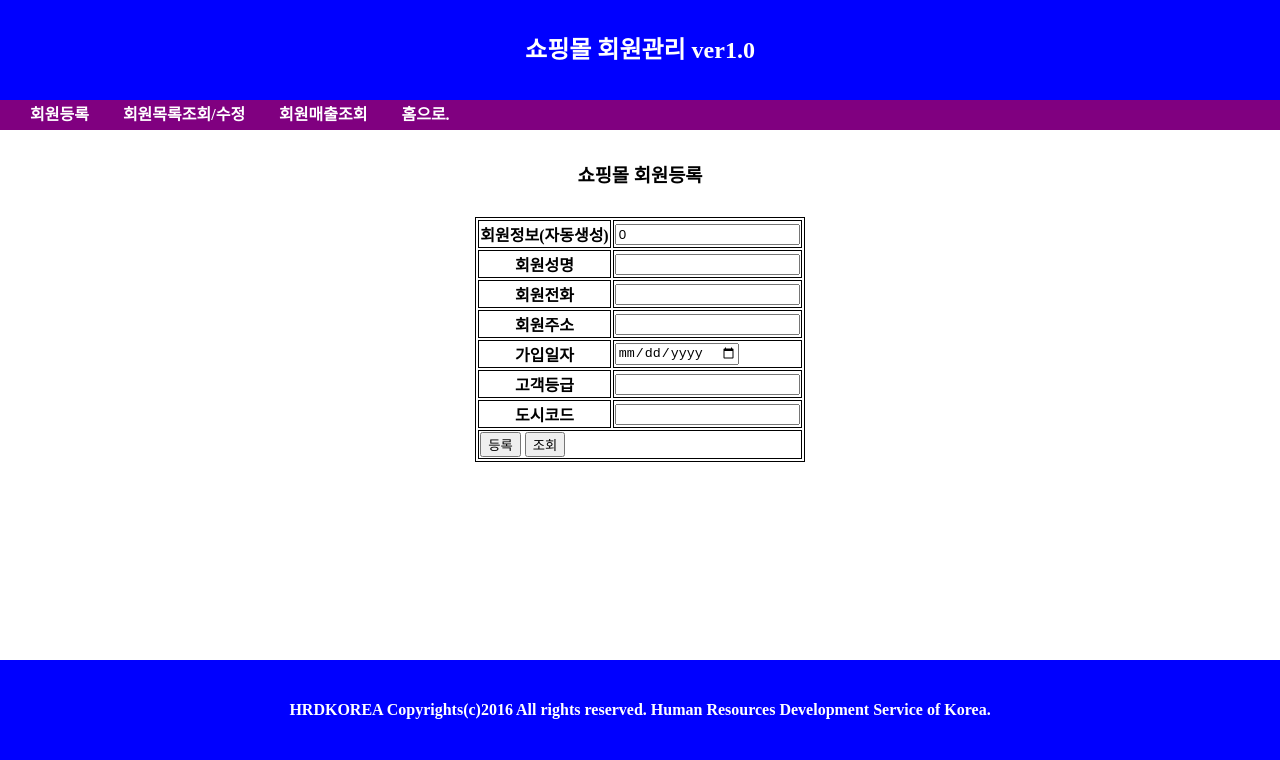
Repository: brightjy/Today-what-I-practiced
Page: http://localhost/HRD_0514/view/registerMemberView.jsp
An editor plug-in stored every save of this project. The page is shown before and after the next save, followed by the edit.
The browser window is 1280 px wide. The pictures show the whole page.
The page is served by Tomcat 9. Other server files are loaded and not shown. Queries for data that is not in the repository find no rows.

Above is the page before, as saved 2020-05-14 12:29:54.

### hrdkorea_0514/HRD_0514/WebContent/view/registerMemberView.jsp
<%@page import="com.hrd.dao.MemberDao"%>
<%@ page language="java" contentType="text/html; charset=UTF-8"
    pageEncoding="UTF-8"%>
<% String conPath = request.getContextPath(); %>
<!DOCTYPE html>
<html>
<head>
<meta charset="UTF-8">
<title>Insert title here</title>
</head>
<body>
<jsp:include page="header.jsp"></jsp:include>
<section>
<div>
	<h3>쇼핑몰 회원등록</h3>
	<div>
		<form action="<%=conPath %>/view/registerMemberPro.jsp" method="get" name="info">
			<table>
				<tr>
					<th>
						회원정보(자동생성)
					</th>
					<td>
						<% MemberDao mDao = MemberDao.getInstance();
						   int custno = mDao.custno();
						%>
						<input type="text" name="custno" value="<%=custno %>">
					</td>
				</tr>
				<tr>
					<th>
						회원성명
					</th>
					<td>
						<input type="text" name="custname">
					</td>
				</tr>
				<tr>
					<th>
						회원전화
					</th>
					<td>
						<input type="text" name="phone">
					</td>
				</tr>
				<tr>
					<th>
						회원주소
					</th>
					<td>
						<input type="text" name="address">
					</td>
				</tr>
				<tr>
					<th>
						가입일자
					</th>
					<td>
						<input type="date" name="joindate">
					</td>
				</tr>
				<tr>
					<th>
						고객등급
					</th>
					<td>
						<input type="text" name="grade">
					</td>
				</tr>
				<tr>
					<th>
						도시코드
					</th>
					<td>
						<input type="text" name="city">
					</td>
				</tr>
				<tr>
					<td colspan="2">
						<input type="button" value="등록" onclick="infoConfirm()">
						<input type="button" value="조회" onclick="location.href='<%=conPath%>/view/memberList.jsp'">
					</td>
				</tr>
			</table>
		</form>
	</div>
</div>
</section>
<jsp:include page="footer.jsp"></jsp:include>
</body>
</html>

### hrdkorea_0514/HRD_0514/WebContent/view/header.jsp
<%@ page language="java" contentType="text/html; charset=UTF-8"
    pageEncoding="UTF-8"%>
<% String conPath = request.getContextPath(); %>
<!DOCTYPE html>
<html>
<head>
<meta charset="UTF-8">
<title>Insert title here</title>
<style>
*{margin:0 auto;}
h2, h3, h4{text-align:center;}
a{text-decoration: none; padding-right:30px; color:white; font-weight:bold;}
header,footer{height:100px; background-color:blue; line-height:100px; color:white;}
nav{background-color:purple; height:30px; line-height:30px; padding-left:30px;}
section{height:500px;}
div{margin:30px;}
table, tr, td, th{border:1px solid black;}
</style>
</head>
<body>
<header>
<h2>쇼핑몰 회원관리 ver1.0</h2>
</header>
<nav>
	<a href="<%=conPath %>/view/registerMemberView.jsp">회원등록</a>
	<a href="<%=conPath %>/view/memberList.jsp">회원목록조회/수정</a>
	<a href="<%=conPath %>/view/moneyList.jsp">회원매출조회</a>
	<a href="<%=conPath %>/view/main.jsp">홈으로.</a>
</nav>

</body>
</html>

### hrdkorea_0514/HRD_0514/WebContent/view/footer.jsp
<%@ page language="java" contentType="text/html; charset=UTF-8"
    pageEncoding="UTF-8"%>
<!DOCTYPE html>
<html>
<head>
<meta charset="UTF-8">
<title>Insert title here</title>
</head>
<body>
<footer>
<h4>HRDKOREA Copyrights(c)2016 All rights reserved. Human Resources Development Service of Korea.</h4>
</footer>
</body>
</html>

### hrdkorea_0514/HRD_0514/src/com/hrd/dao/MemberDao.java
package com.hrd.dao;

import java.sql.Connection;
import java.sql.Date;
import java.sql.DriverManager;
import java.sql.PreparedStatement;
import java.sql.ResultSet;
import java.sql.SQLException;
import java.util.ArrayList;

import com.hrd.dto.MemberDto;
import com.hrd.dto.MoneyDto;

public class MemberDao {

	//데이터연결
	public static Connection getConnection() throws Exception {
		Class.forName("oracle.jdbc.OracleDriver");
		Connection con = DriverManager.getConnection
				("jdbc:oracle:thin:@//localhost:1521/xe","hrd0514","0514");
		return con;
	}
	//싱글톤
	private static MemberDao instance = new MemberDao();
	public static MemberDao getInstance() {
		return instance;
	}
	private MemberDao() {}

	//회원번호 자동생성될것 불러오기
	public int custno() {
		int custno = 0;

		Connection conn = null;
		PreparedStatement pstmt = null;
		ResultSet rs = null;
		String sql = "SELECT MAX(CUSTNO)+1 CUSTNO FROM MEMBER_TBL_02";

		try {
			conn = getConnection();
			pstmt = conn.prepareStatement(sql);
			rs = pstmt.executeQuery();
			if(rs.next()) {
				custno = rs.getInt("custno");
			}
		} catch (Exception e) {
			System.out.println(e.getMessage());
		} finally {
			try {
				if(rs!=null) rs.close();
				if(pstmt!=null) pstmt.close();
				if(conn!=null) conn.close();
			}catch(Exception e) {
				System.out.println(e.getMessage());
			}
		}
		return custno;
	}
	//회원등록
	public int registerMember(String custname, String phone, String address, Date joindate, String grade, String city) {
		int result = 0;

		Connection conn = null;
		PreparedStatement pstmt = null;
		String sql = "INSERT INTO MEMBER_TBL_02" +
				"    VALUES(CUSTNO_SQ.NEXTVAL, ?, ?, ?, ?, ?, ?)";
		try {
			conn = getConnection();
			pstmt = conn.prepareStatement(sql);
			pstmt.setString(1, custname);
			pstmt.setString(2, phone);
			pstmt.setString(3, address);
			pstmt.setDate(4, joindate);
			pstmt.setString(5, grade);
			pstmt.setString(6, city);
			result = pstmt.executeUpdate();
			System.out.println(result==1?"등록성공":"등록실패");
		} catch (Exception e) {
			System.out.println(e.getMessage());
		} finally {
			try {
				if(pstmt!=null) pstmt.close();
				if(conn!=null) conn.close();
			}catch(Exception e) {
				System.out.println(e.getMessage());
			}
		}
		return result;
	}
	//회원목록 조회
	public ArrayList<MemberDto> memberList(){
		ArrayList<MemberDto> dtos = new ArrayList<MemberDto>();

		Connection conn = null;
		PreparedStatement pstmt = null;
		ResultSet rs = null;
		String sql = "SELECT*FROM MEMBER_TBL_02";

		try {
			conn = getConnection();
			pstmt = conn.prepareStatement(sql);
			rs = pstmt.executeQuery();
			while(rs.next()) {
				int custno = rs.getInt("custno");
				String custname = rs.getString("custname");
				String phone = rs.getString("phone");
				String address = rs.getString("address");
				Date joindate = rs.getDate("joindate");
				String grade = rs.getString("grade");
				String city = rs.getString("city");
				dtos.add(new MemberDto(custno, custname, phone, address, joindate, grade, city));
			}
		} catch (Exception e) {
			System.out.println(e.getMessage());
		} finally {
			try {
				if(rs!=null) rs.close();
				if(pstmt!=null) pstmt.close();
				if(conn!=null) conn.close();
			}catch(Exception e) {
				System.out.println(e.getMessage());
			}
		}
		return dtos;
	}
	//회원매출조회(회원번호, 회원성명, 고객등급, 매출)
	public ArrayList<MoneyDto> getMember(){
		ArrayList<MoneyDto> dtos = new ArrayList<MoneyDto>();

		Connection conn = null;
		PreparedStatement pstmt = null;
		ResultSet rs = null;
		String sql = "SELECT ME.CUSTNO CUSTNO, CUSTNAME, GRADE, SUM(PRICE) MONEY" +
				"    FROM MEMBER_TBL_02 ME, MONEY_TBL_02 MO" +
				"    WHERE ME.CUSTNO=MO.CUSTNO" +
				"    GROUP BY ME.CUSTNO, CUSTNAME, GRADE" +
				"    HAVING SUM(PRICE)>0" +
				"    ORDER BY MONEY DESC";

		try {
			conn = getConnection();
			pstmt = conn.prepareStatement(sql);
			rs = pstmt.executeQuery();
			while(rs.next()) {
				int custno = rs.getInt("custno");
				String custname = rs.getString("custname");
				String grade = rs.getString("grade");
				int money = rs.getInt("money");
				dtos.add(new MoneyDto(custno, custname, grade, money));
			}
		} catch (Exception e) {
			System.out.println(e.getMessage());
		} finally {
			try {
				if(rs!=null) rs.close();
				if(pstmt!=null) pstmt.close();
				if(conn!=null) conn.close();
			}catch(Exception e) {
				System.out.println(e.getMessage());
			}
		}
		return dtos;
	}
	//회원번호로 회원정보 불러오기
	public MemberDto getMember(int custno) {
		MemberDto dto = new MemberDto();

		Connection conn = null;
		PreparedStatement pstmt = null;
		ResultSet rs = null;
		String sql = "SELECT*FROM MEMBER_TBL_02 WHERE CUSTNO=?";

		try {
			conn = getConnection();
			pstmt = conn.prepareStatement(sql);
			pstmt.setInt(1, custno);
			rs = pstmt.executeQuery();
			if(rs.next()) {
				custno = rs.getInt("custno");
				String custname = rs.getString("custname");
				String phone = rs.getString("phone");
				String address = rs.getString("address");
				Date joindate = rs.getDate("joindate");
				String grade = rs.getString("grade");
				String city = rs.getString("city");
				dto = new MemberDto(custno, custname, phone, address, joindate, grade, city);
			}
		} catch (Exception e) {
			System.out.println(e.getMessage());
		} finally {
			try {
				if(rs!=null) rs.close();
				if(pstmt!=null) pstmt.close();
				if(conn!=null) conn.close();
			}catch(Exception e) {
				System.out.println(e.getMessage());
			}
		}
		return dto;
	}
	//회원정보 수정
	public int updateMember(String custname, String phone, String address, Date joindate, String grade, String city) {
		int result = 0;

		Connection conn = null;
		PreparedStatement pstmt = null;
		String sql = "UPDATE MEMBER_TBL_02 SET" +
				"    CUSTNAME=?," +
				"    PHONE=?," +
				"    ADDRESS=?," +
				"    JOINDATE=?," +
				"    GRADE=?," +
				"    CITY=? WHERE CUSTNO=?";
		try {
			conn = getConnection();
			pstmt = conn.prepareStatement(sql);
			pstmt.setString(1, custname);
			pstmt.setString(2, phone);
			pstmt.setString(3, address);
			pstmt.setDate(4, joindate);
			pstmt.setString(5, grade);
			pstmt.setString(6, city);
			result = pstmt.executeUpdate();
			System.out.println(result==1?"수정성공":"수정실패");
		} catch (Exception e) {
			System.out.println(e.getMessage());
		} finally {
			try {
				if(pstmt!=null) pstmt.close();
				if(conn!=null) conn.close();
			}catch(Exception e) {
				System.out.println(e.getMessage());
			}
		}
		return result;
	}

}

After the next save:
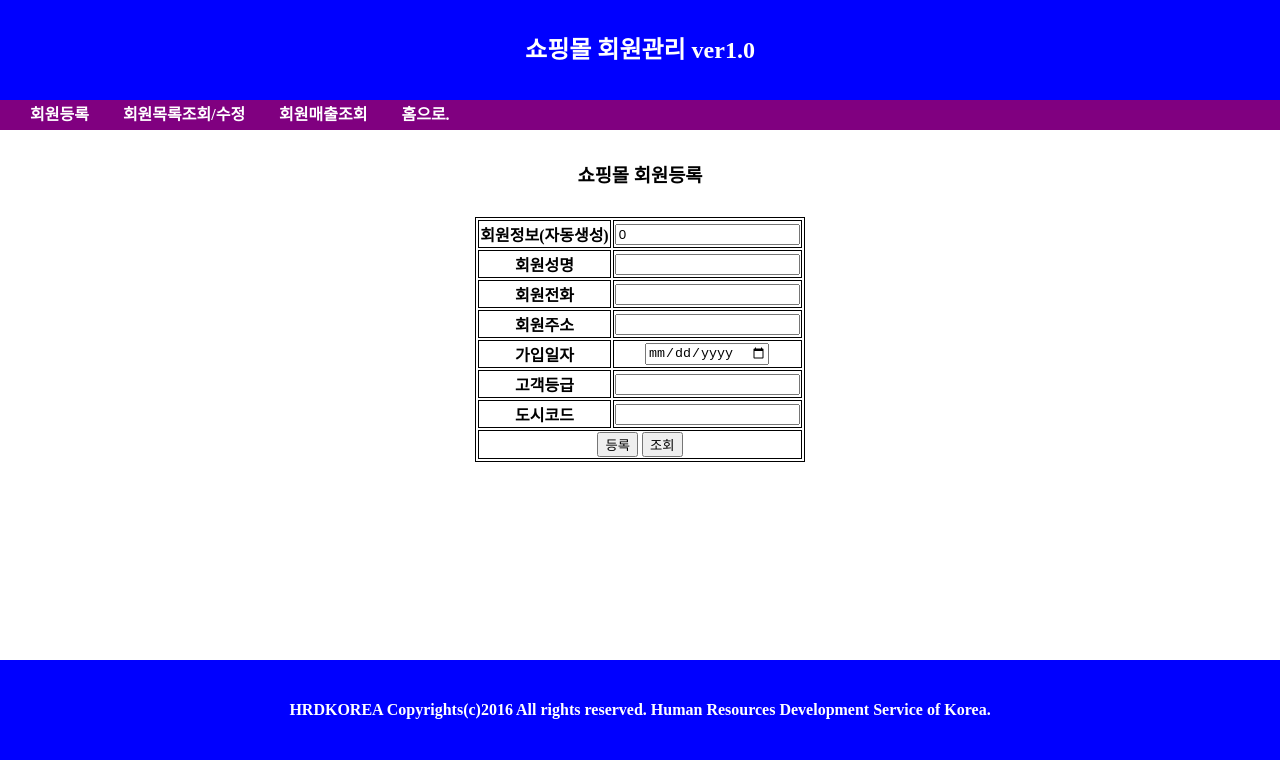
Saved 11 s later.
--- a/hrdkorea_0514/HRD_0514/WebContent/view/header.jsp
+++ b/hrdkorea_0514/HRD_0514/WebContent/view/header.jsp
@@ -14,7 +14,7 @@ header,footer{height:100px; background-color:blue; line-height:100px; color:whit
 nav{background-color:purple; height:30px; line-height:30px; padding-left:30px;}
 section{height:500px;}
 div{margin:30px;}
-table, tr, td, th{border:1px solid black;}
+table, tr, td, th{border:1px solid black; text-align:center;}
 </style>
 </head>
 <body>
